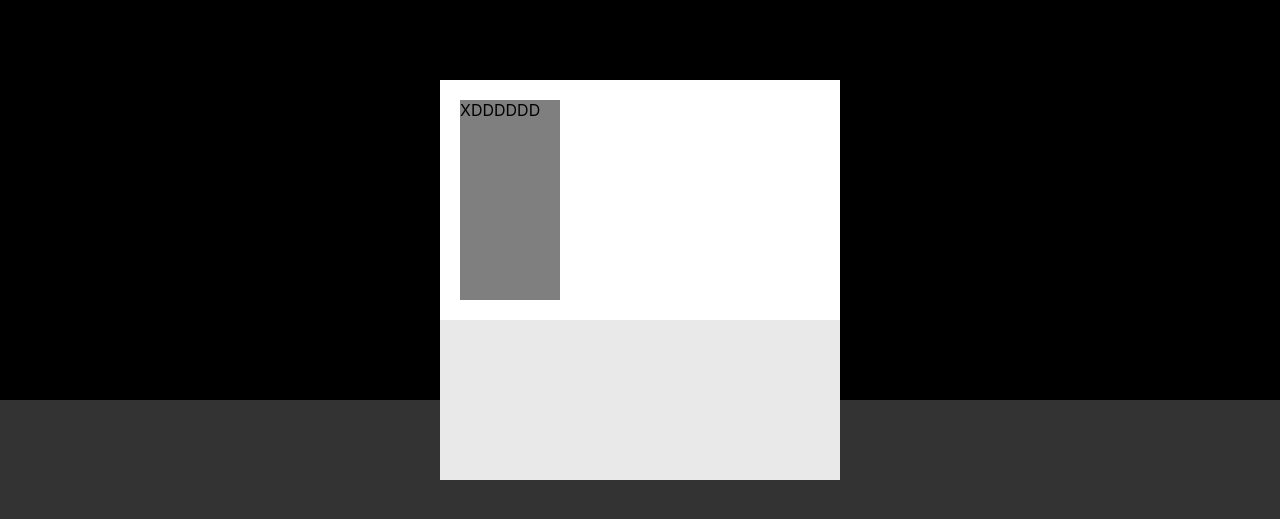
Repository: piookr-wsei/8086
Page: /
The author's editor kept a copy of each file at every save. The page is drawn from the files as they stood at one save, then again after the next save.
The browser window is 1280 px wide. The pictures show the whole page.
The project was rebuilt for these pictures with package versions that can differ from the ones it lists, and the page was loaded fresh each time.

Above is the page before, as saved 2022-06-16 23:57:12.

After the next save:
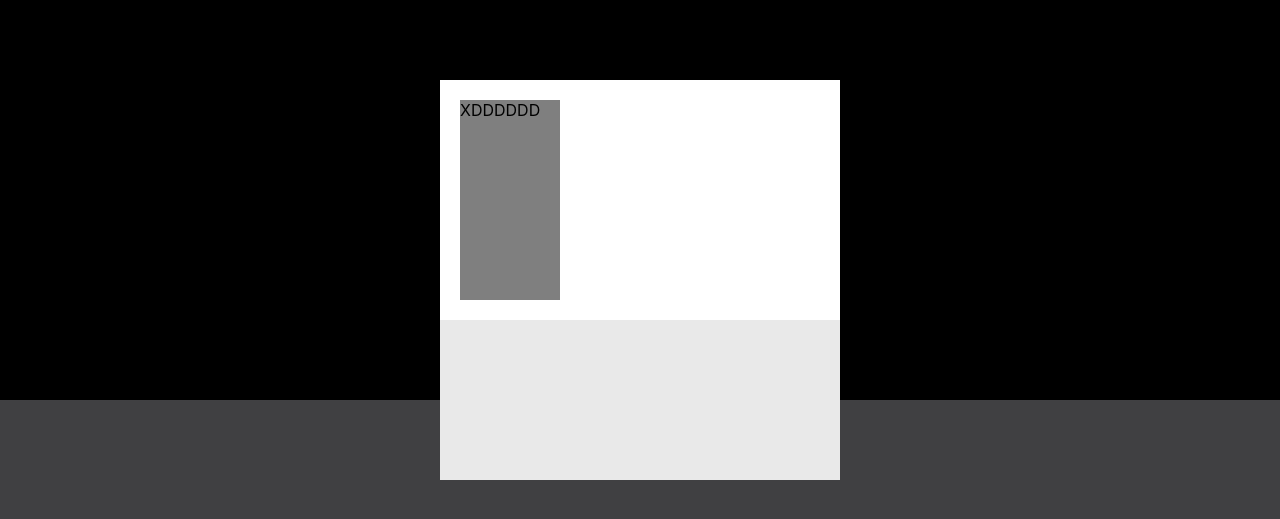
Saved 17 s later.
--- a/src/App.css
+++ b/src/App.css
@@ -1,6 +1,6 @@
 body{
   height: 100%;
-  background: rgba(0,0,0,0.8);
+  background: rgba(17, 17, 19, 0.8);
 }
 .App {
   background: #000;
